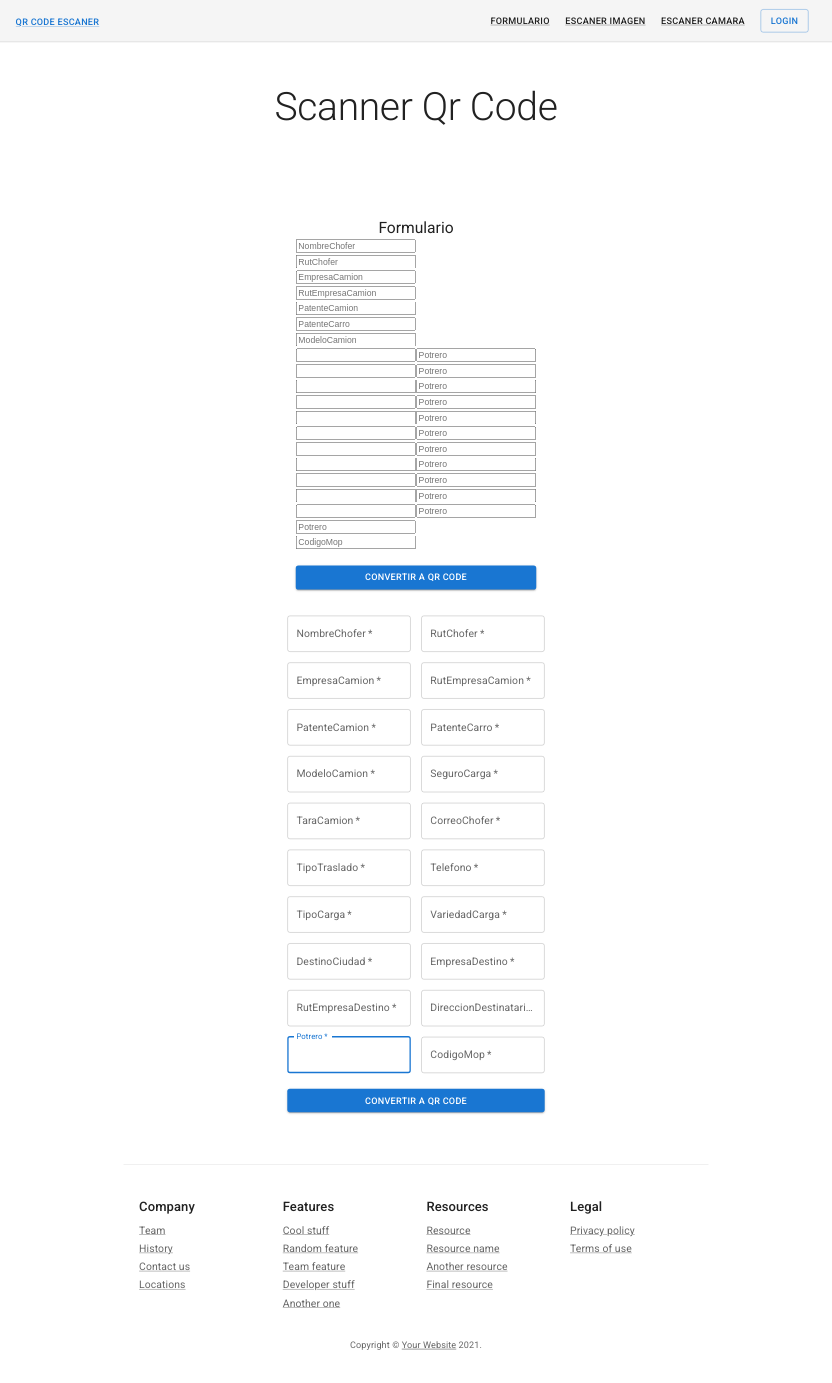
Repository: FlamesAlejandro/QrCodeForm
Page: /form
An editor plug-in stored every save of this project. The page is shown before and after the next save, followed by the edit.
The browser window is 1280 px wide. The pictures show the whole page, at 65% of full size.
The project was rebuilt for these pictures with package versions that can differ from the ones it lists, and the page was loaded fresh each time. Also part of the build but not shown: src/App.css, src/components/pages/ImagenEscaner.js, src/components/pages/CamaraEscaner.js, src/components/pages/Home.js.

Above is the page before, as saved 2021-10-24 07:52:33.

### src/App.js
import './App.css';
import { AppRouter } from './routers/AppRouter';

function App() {
  return (
    <>
      <AppRouter />
    </>
  );
}

export default App;

### src/components/ui/MainNavbar.js
import React from 'react'
import AppBar from '@mui/material/AppBar';
import Button from '@mui/material/Button';
import Toolbar from '@mui/material/Toolbar';
import Typography from '@mui/material/Typography';
import Link from '@mui/material/Link';

export const MainNavbar = () => {
    return (
        <>
            <AppBar
                position="static"
                color="default"
                elevation={0}
                sx={{ borderBottom: (theme) => `1px solid ${theme.palette.divider}` }}
            >
                <Toolbar sx={{ flexWrap: 'wrap' }}>
                <Typography variant="h6" color="inherit" noWrap sx={{ flexGrow: 1 }}>
                    <Link
                            variant="button"
                            href="/home"
                        >QR CODE Escaner
                    </Link>
                </Typography>
                <nav>
                    <Link
                        variant="button"
                        color="text.primary"
                        href="/form"
                        sx={{ my: 1, mx: 1.5 }}
                    >
                    Formulario
                    </Link>
                    <Link
                        variant="button"
                        color="text.primary"
                        href="/imagen"
                        sx={{ my: 1, mx: 1.5 }}
                    >
                    Escaner Imagen
                    </Link>
                    <Link
                        variant="button"
                        color="text.primary"
                        href="/camara"
                        sx={{ my: 1, mx: 1.5 }}
                    >
                    Escaner Camara
                    </Link>
                </nav>
                <Button href="/home" variant="outlined" sx={{ my: 1, mx: 1.5 }}>
                    Login
                </Button>
                </Toolbar>
            </AppBar>
        </>
    )
}

### src/components/ui/MainFooter.js
import React from 'react'
import Grid from '@mui/material/Grid';
import Typography from '@mui/material/Typography';
import Link from '@mui/material/Link';

function Copyright(props) {
    return (
      <Typography variant="body2" color="text.secondary" align="center" {...props}>
        {'Copyright © '}
        <Link color="inherit" href="https://mui.com/">
          Your Website
        </Link>{' '}
        {new Date().getFullYear()}
        {'.'}
      </Typography>
    );
  }

  const footers = [
    {
      title: 'Company',
      description: ['Team', 'History', 'Contact us', 'Locations'],
    },
    {
      title: 'Features',
      description: [
        'Cool stuff',
        'Random feature',
        'Team feature',
        'Developer stuff',
        'Another one',
      ],
    },
    {
      title: 'Resources',
      description: ['Resource', 'Resource name', 'Another resource', 'Final resource'],
    },
    {
      title: 'Legal',
      description: ['Privacy policy', 'Terms of use'],
    },
  ];

export const MainFooter = () => {

    return (
        <>
            <Grid container spacing={4} justifyContent="space-evenly">
                {footers.map((footer) => (
                    <Grid item xs={6} sm={3} key={footer.title}>
                    <Typography variant="h6" color="text.primary" gutterBottom>
                        {footer.title}
                    </Typography>
                    <ul>
                        {footer.description.map((item) => (
                        <li key={item}>
                            <Link href="#" variant="subtitle1" color="text.secondary">
                            {item}
                            </Link>
                        </li>
                        ))}
                    </ul>
                    </Grid>
                ))}
            </Grid>
            <Copyright sx={{ mt: 5 }} />
        </>
    )
}

### src/components/pages/Form.js
import React, { useState } from 'react'
import Button from '@mui/material/Button';
import CssBaseline from '@mui/material/CssBaseline';
import TextField from '@mui/material/TextField';
import Grid from '@mui/material/Grid';
import Box from '@mui/material/Box';
import Typography from '@mui/material/Typography';
import Container from '@mui/material/Container';
import QRCode from 'qrcode';
import { useForm } from "react-hook-form";

export const Form = () => {

    const [imgUrl, setImgUrl] = useState('');

    const { register, handleSubmit, formState: { errors } } = useForm();
    const onSubmit = data => console.log(data);
    console.log(errors);

    const generarQrCode = async(event) => {
        try {
            event.preventDefault();
            const data = new FormData(event.currentTarget);
            const response = await QRCode.toDataURL(data);
            setImgUrl(response);

        } catch (error) {
          console.log(error);
        }
    }

    return (
        <>
            <Container component="main" maxWidth="xs">
                <CssBaseline />
                <Box
                sx={{
                    marginTop: 8,
                    display: 'flex',
                    flexDirection: 'column',
                    alignItems: 'center',
                }}
                >
                <Typography component="h1" variant="h5">
                    Formulario
                </Typography>

                <form onSubmit={handleSubmit(onSubmit)}>
                <Grid item xs={12} sm={6}>
                        <input type="text" placeholder="NombreChofer" {...register("NombreChofer", {})} />
                    </Grid>
                    <Grid item xs={12} sm={6}>
                        <input type="text" placeholder="RutChofer" {...register("RutChofer", {})} />
                    </Grid>
                    <Grid item xs={12} sm={6}>
                        <input type="text" placeholder="EmpresaCamion" {...register("EmpresaCamion", {})} />
                    </Grid>
                    <Grid item xs={12} sm={6}>
                        <input type="text" placeholder="RutEmpresaCamion" {...register("RutEmpresaCamion", {})} />
                    </Grid>
                    <Grid item xs={12} sm={6}>
                        <input type="text" placeholder="PatenteCamion" {...register("PatenteCamion", {})} />
                    </Grid>
                    <Grid item xs={12} sm={6}>
                        <input type="text" placeholder="PatenteCarro" {...register("PatenteCarro", {})} />
                    </Grid>
                    <Grid item xs={12} sm={6}>
                        <input type="text" placeholder="ModeloCamion" {...register("ModeloCamion", {})} />
                    </Grid>
                    <Grid item xs={12} sm={6}>
                        <input
                        required
                        fullWidth
                        id="SeguroCarga"
                        label="SeguroCarga"
                        name="SeguroCarga"
                        autoComplete="SeguroCarga"
                        />
                        <input type="text" placeholder="Potrero" {...register("Potrero", {})} />
                    </Grid>
                    <Grid item xs={12} sm={6}>
                        <input
                        autoComplete="TaraCamion"
                        name="TaraCamion"
                        required
                        fullWidth
                        id="TaraCamion"
                        label="TaraCamion"
                        autoFocus
                        />
                        <input type="text" placeholder="Potrero" {...register("Potrero", {})} />
                    </Grid>
                    <Grid item xs={12} sm={6}>
                        <input
                        required
                        fullWidth
                        id="CorreoChofer"
                        label="CorreoChofer"
                        name="CorreoChofer"
                        autoComplete="CorreoChofer"
                        />
                        <input type="text" placeholder="Potrero" {...register("Potrero", {})} />
                    </Grid>
                    <Grid item xs={12} sm={6}>
                        <input
                        autoComplete="TipoTraslado"
                        name="TipoTraslado"
                        required
                        fullWidth
                        id="TipoTraslado"
                        label="TipoTraslado"
                        autoFocus
                        />
                        <input type="text" placeholder="Potrero" {...register("Potrero", {})} />
                    </Grid>
                    <Grid item xs={12} sm={6}>
                        <input
                        required
                        fullWidth
                        id="Telefono"
                        label="Telefono"
                        name="Telefono"
                        autoComplete="Telefono"
                        />
                        <input type="text" placeholder="Potrero" {...register("Potrero", {})} />
                    </Grid>
                    <Grid item xs={12} sm={6}>
                        <input
                        autoComplete="TipoCarga"
                        name="TipoCarga"
                        required
                        fullWidth
                        id="TipoCarga"
                        label="TipoCarga"
                        autoFocus
                        />
                        <input type="text" placeholder="Potrero" {...register("Potrero", {})} />
                    </Grid>
                    <Grid item xs={12} sm={6}>
                        <input
                        required
                        fullWidth
                        id="VariedadCarga"
                        label="VariedadCarga"
                        name="VariedadCarga"
                        autoComplete="VariedadCarga"
                        />
                        <input type="text" placeholder="Potrero" {...register("Potrero", {})} />
                    </Grid>
                    <Grid item xs={12} sm={6}>
                        <input
                        autoComplete="DestinoCiudad"
                        name="DestinoCiudad"
                        required
                        fullWidth
                        id="DestinoCiudad"
                        label="DestinoCiudad"
                        autoFocus
                        />
                        <input type="text" placeholder="Potrero" {...register("Potrero", {})} />
                    </Grid>
                    <Grid item xs={12} sm={6}>
                        <input
                        required
                        fullWidth
                        id="EmpresaDestino"
                        label="EmpresaDestino"
                        name="EmpresaDestino"
                        autoComplete="EmpresaDestino"
                        />
                        <input type="text" placeholder="Potrero" {...register("Potrero", {})} />
                    </Grid>
                    <Grid item xs={12} sm={6}>
                        <input
                        autoComplete="RutEmpresaDestino"
                        name="RutEmpresaDestino"
                        required
                        fullWidth
                        id="RutEmpresaDestino"
                        label="RutEmpresaDestino"
                        autoFocus
                        />
                        <input type="text" placeholder="Potrero" {...register("Potrero", {})} />
                    </Grid>
                    <Grid item xs={12} sm={6}>
                        <input
                        required
                        fullWidth
                        id="DireccionDestinatario"
                        label="DireccionDestinatario"
                        name="DireccionDestinatario"
                        autoComplete="DireccionDestinatario"
                        />
                        <input type="text" placeholder="Potrero" {...register("Potrero", {})} />
                    </Grid>
                    <Grid item xs={12} sm={6}>
                        <input type="text" placeholder="Potrero" {...register("Potrero", {})} />
                    </Grid>
                    <Grid item xs={12} sm={6}>
                        <input type="text" placeholder="CodigoMop" {...register("CodigoMop", {})} />
                    </Grid>
                    <Button
                        type="submit"
                        fullWidth
                        variant="contained"
                        sx={{ mt: 3, mb: 2 }}
                    >
                    Convertir a QR CODE
                    </Button>
                </form>

                <Box component="form" noValidate onSubmit={generarQrCode} sx={{ mt: 3 }}>
                    <Grid container spacing={2}>
                    <Grid item xs={12} sm={6}>
                        <TextField
                        autoComplete="NombreChofer"
                        name="NombreChofer"
                        required
                        fullWidth
                        id="NombreChofer"
                        label="NombreChofer"
                        autoFocus
                        />
                    </Grid>
                    <Grid item xs={12} sm={6}>
                        <TextField
                        required
                        fullWidth
                        id="RutChofer"
                        label="RutChofer"
                        name="RutChofer"
                        autoComplete="RutChofer"
                        />
                    </Grid>
                    <Grid item xs={12} sm={6}>
                        <TextField
                        autoComplete="EmpresaCamion"
                        name="EmpresaCamion"
                        required
                        fullWidth
                        id="EmpresaCamion"
                        label="EmpresaCamion"
                        autoFocus
                        />
                    </Grid>
                    <Grid item xs={12} sm={6}>
                        <TextField
                        required
                        fullWidth
                        id="RutEmpresaCamion"
                        label="RutEmpresaCamion"
                        name="RutEmpresaCamion"
                        autoComplete="RutEmpresaCamion"
                        />
                    </Grid>
                    <Grid item xs={12} sm={6}>
                        <TextField
                        autoComplete="PatenteCamion"
                        name="PatenteCamion"
                        required
                        fullWidth
                        id="PatenteCamion"
                        label="PatenteCamion"
                        autoFocus
                        />
                    </Grid>
                    <Grid item xs={12} sm={6}>
                        <TextField
                        required
                        fullWidth
                        id="PatenteCarro"
                        label="PatenteCarro"
                        name="PatenteCarro"
                        autoComplete="PatenteCarro"
                        />
                    </Grid>
                    <Grid item xs={12} sm={6}>
                        <TextField
                        autoComplete="ModeloCamion"
                        name="ModeloCamion"
                        required
                        fullWidth
                        id="ModeloCamion"
                        label="ModeloCamion"
                        autoFocus
                        />
                    </Grid>
                    <Grid item xs={12} sm={6}>
                        <TextField
                        required
                        fullWidth
                        id="SeguroCarga"
                        label="SeguroCarga"
                        name="SeguroCarga"
                        autoComplete="SeguroCarga"
                        />
                    </Grid>
                    <Grid item xs={12} sm={6}>
                        <TextField
                        autoComplete="TaraCamion"
                        name="TaraCamion"
                        required
                        fullWidth
                        id="TaraCamion"
                        label="TaraCamion"
                        autoFocus
                        />
                    </Grid>
                    <Grid item xs={12} sm={6}>
                        <TextField
                        required
                        fullWidth
                        id="CorreoChofer"
                        label="CorreoChofer"
                        name="CorreoChofer"
                        autoComplete="CorreoChofer"
                        />
                    </Grid>
                    <Grid item xs={12} sm={6}>
                        <TextField
                        autoComplete="TipoTraslado"
                        name="TipoTraslado"
                        required
                        fullWidth
                        id="TipoTraslado"
                        label="TipoTraslado"
                        autoFocus
                        />
                    </Grid>
                    <Grid item xs={12} sm={6}>
                        <TextField
                        required
                        fullWidth
                        id="Telefono"
                        label="Telefono"
                        name="Telefono"
                        autoComplete="Telefono"
                        />
                    </Grid>
                    <Grid item xs={12} sm={6}>
                        <TextField
                        autoComplete="TipoCarga"
                        name="TipoCarga"
                        required
                        fullWidth
                        id="TipoCarga"
                        label="TipoCarga"
                        autoFocus
                        />
                    </Grid>
                    <Grid item xs={12} sm={6}>
                        <TextField
                        required
                        fullWidth
                        id="VariedadCarga"
                        label="VariedadCarga"
                        name="VariedadCarga"
                        autoComplete="VariedadCarga"
                        />
                    </Grid>
                    <Grid item xs={12} sm={6}>
                        <TextField
                        autoComplete="DestinoCiudad"
                        name="DestinoCiudad"
                        required
                        fullWidth
                        id="DestinoCiudad"
                        label="DestinoCiudad"
                        autoFocus
                        />
                    </Grid>
                    <Grid item xs={12} sm={6}>
                        <TextField
                        required
                        fullWidth
                        id="EmpresaDestino"
                        label="EmpresaDestino"
                        name="EmpresaDestino"
                        autoComplete="EmpresaDestino"
                        />
                    </Grid>
                    <Grid item xs={12} sm={6}>
                        <TextField
                        autoComplete="RutEmpresaDestino"
                        name="RutEmpresaDestino"
                        required
                        fullWidth
                        id="RutEmpresaDestino"
                        label="RutEmpresaDestino"
                        autoFocus
                        />
                    </Grid>
                    <Grid item xs={12} sm={6}>
                        <TextField
                        required
                        fullWidth
                        id="DireccionDestinatario"
                        label="DireccionDestinatario"
                        name="DireccionDestinatario"
                        autoComplete="DireccionDestinatario"
                        />
                    </Grid>
                    <Grid item xs={12} sm={6}>
                        <TextField
                        autoComplete="Potrero"
                        name="Potrero"
                        required
                        fullWidth
                        id="Potrero"
                        label="Potrero"
                        autoFocus
                        />
                    </Grid>
                    <Grid item xs={12} sm={6}>
                        <TextField
                        required
                        fullWidth
                        id="CodigoMop"
                        label="CodigoMop"
                        name="CodigoMop"
                        autoComplete="CodigoMop"
                        />
                    </Grid>
                    </Grid>
                    <Button
                        type="submit"
                        fullWidth
                        variant="contained"
                        sx={{ mt: 3, mb: 2 }}
                    >
                    Convertir a QR CODE
                    </Button>
                </Box>
                </Box>
                {imgUrl ? (
                    <a href={imgUrl} download>
                        <img src={imgUrl} alt="img" />
                    </a>)
                : null}
            </Container>
        </>
    )
}

Loaded but not shown: public/index.html (common file); src/index.js (common file); src/index.css (common file); src/reportWebVitals.js (common file); src/routers/AppRouter.js (67 lines, source omitted)

After the next save:
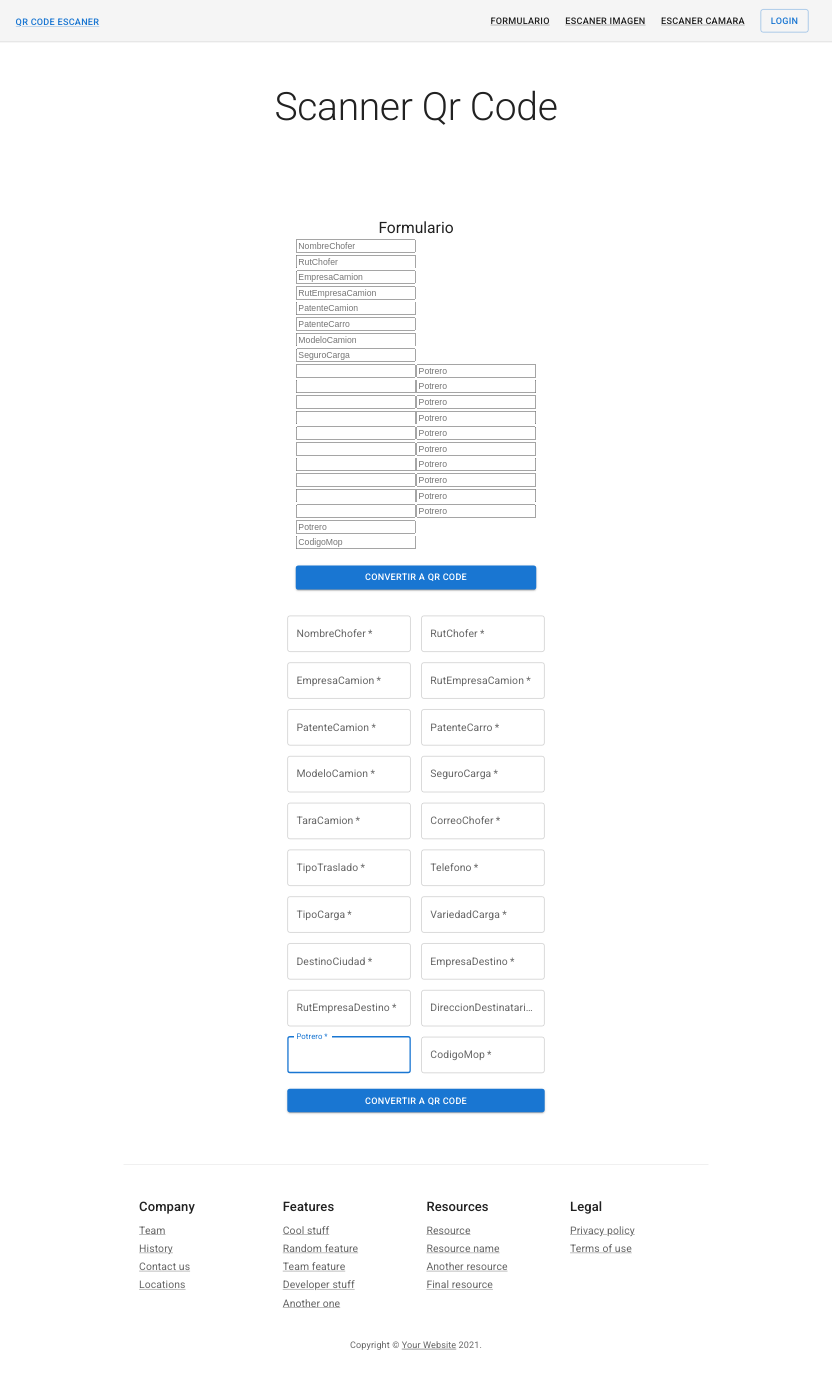
Saved 4 s later.
--- a/src/components/pages/Form.js
+++ b/src/components/pages/Form.js
@@ -68,15 +68,7 @@
                         <input type="text" placeholder="ModeloCamion" {...register("ModeloCamion", {})} />
                     </Grid>
                     <Grid item xs={12} sm={6}>
-                        <input
-                        required
-                        fullWidth
-                        id="SeguroCarga"
-                        label="SeguroCarga"
-                        name="SeguroCarga"
-                        autoComplete="SeguroCarga"
-                        />
-                        <input type="text" placeholder="Potrero" {...register("Potrero", {})} />
+                        <input type="text" placeholder="SeguroCarga" {...register("SeguroCarga", {})} />
                     </Grid>
                     <Grid item xs={12} sm={6}>
                         <input
